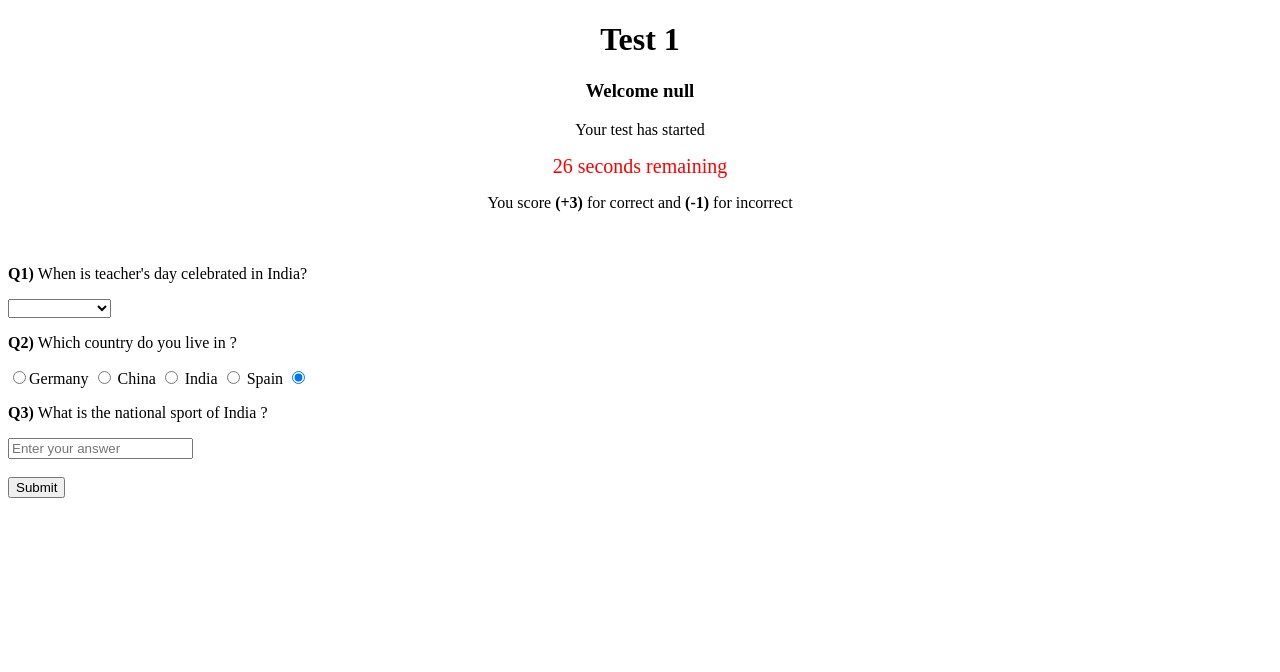
Repository: MriOj/OnlineExamPortal
Page: http://localhost/ExamPortal/test1.jsp
The author's editor kept a copy of each file at every save. The page is drawn from the files as they stood at one save, then again after the next save.
The browser window is 1280 px wide. The pictures show the whole page.
The page is served by Tomcat 9.

Above is the page before, as saved 2021-09-08 05:43:08.

After the next save:
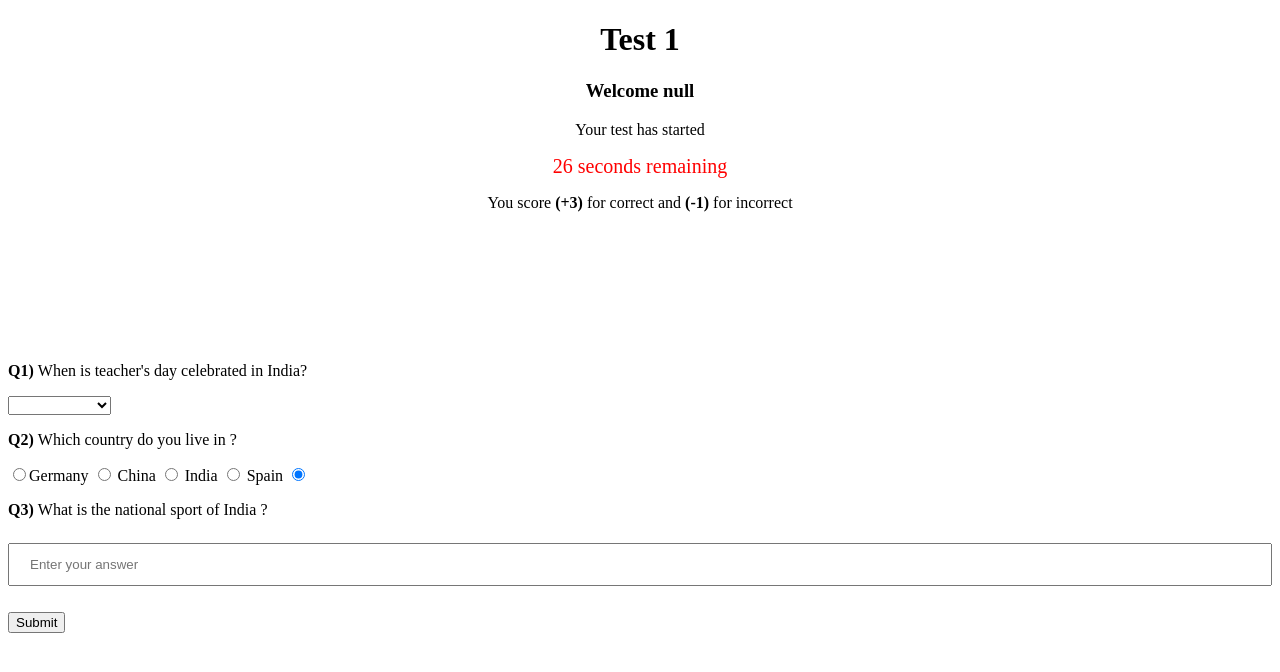
Saved 2 min 26 s later.
--- a/ExamPortal/src/main/webapp/test1.jsp
+++ b/ExamPortal/src/main/webapp/test1.jsp
@@ -15,6 +15,12 @@ visibility:hidden;
 #timer{
 font-size:20px;
 color:red;
+}
+input[type=text] {
+  width: 100%;
+  padding: 12px 20px;
+  margin: 8px 0;
+  box-sizing: border-box;
 }
 </style>
 <script type="text/javascript">
